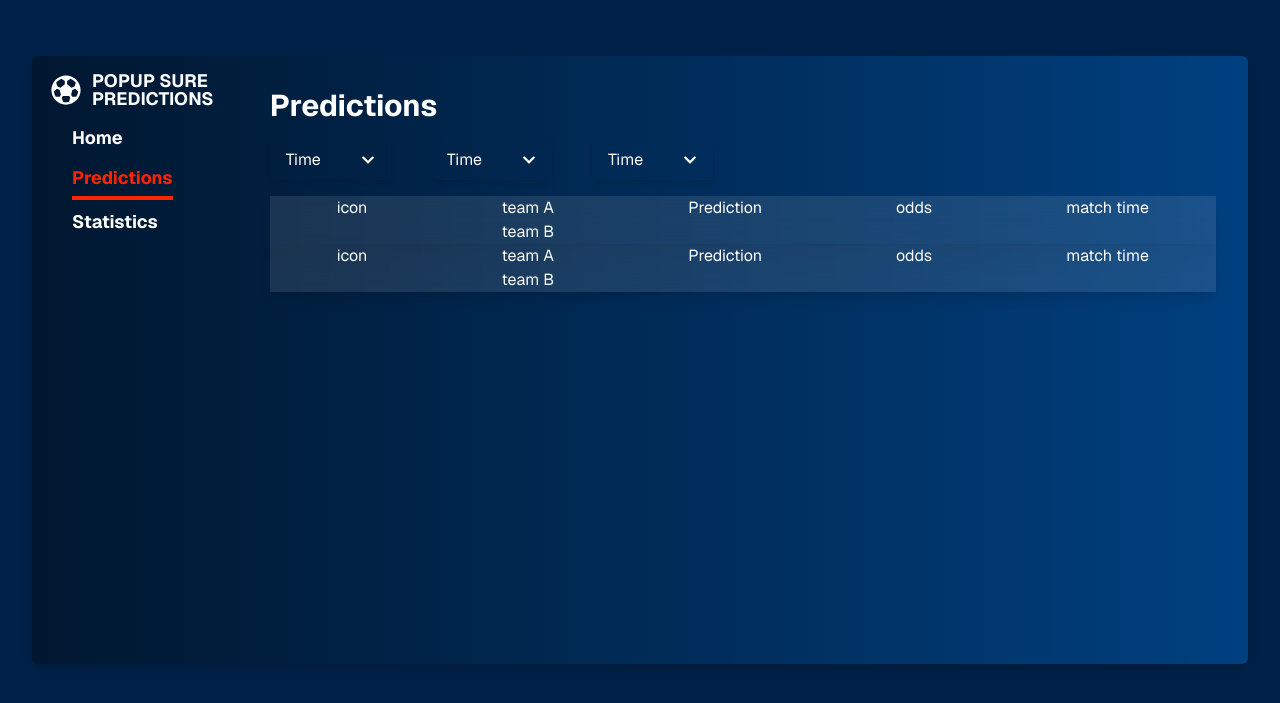
Repository: prototypedave/AlgoFooty
Page: /predictions (app in frontend/algo-footy/)
The author's editor kept a copy of each file at every save. The page is drawn from the files as they stood at one save, then again after the next save.
The browser window is 1280 px wide. The pictures show the whole page.
The project was rebuilt for these pictures with package versions that can differ from the ones it lists, and the page was loaded fresh each time. The framework's server and built-in components were replaced by stand-ins that run in the browser. Also part of the build but not shown: frontend/algo-footy/next.config.ts.

Above is the page before, as saved 2025-11-03 08:06:17.

After the next save:
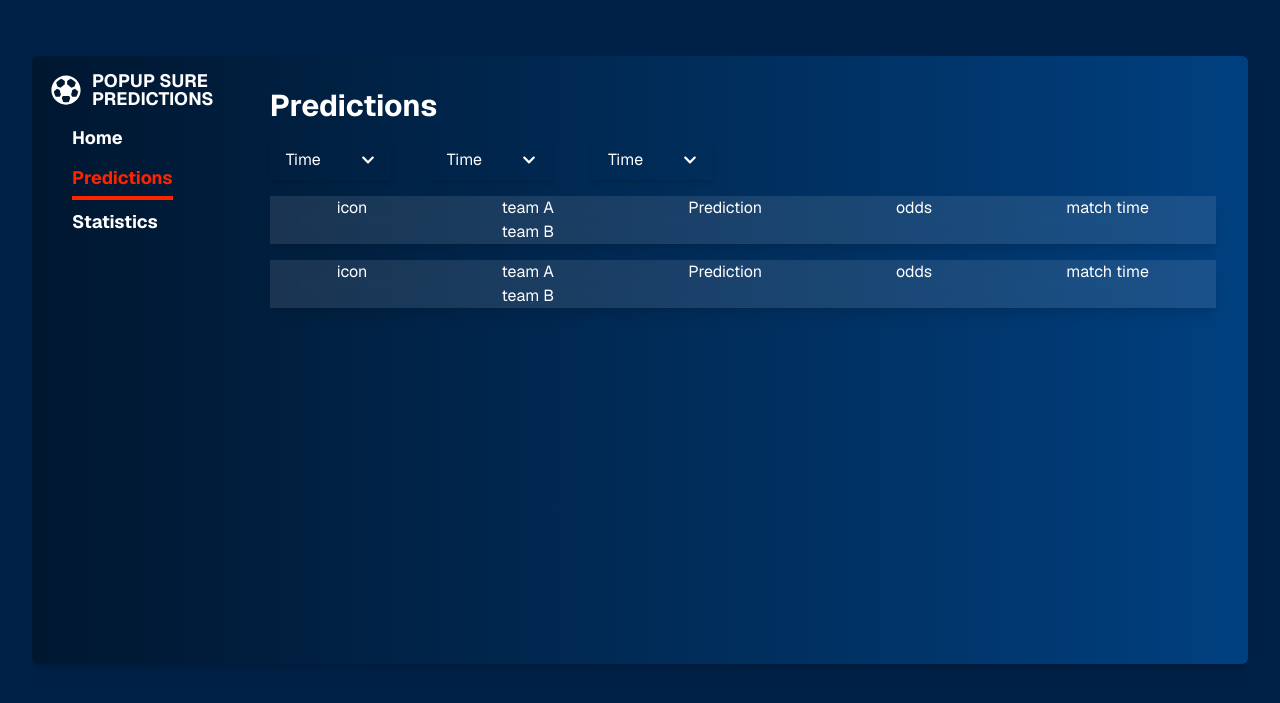
Saved 12 s later.
--- a/frontend/algo-footy/app/predictions/page.tsx
+++ b/frontend/algo-footy/app/predictions/page.tsx
@@ -44,7 +44,7 @@ export default function Predictions() {
                             <DropdownButton />
                     </div>
                     <div className="flex w-full">
-                        <ol className="w-full gap-4">
+                        <ol className="flex flex-col w-full gap-4">
                             <li className="flex bg-white/10 backdrop-blur-md w-full shadow-lg justify-around">
                                 <p>icon</p>
                                 <div>
